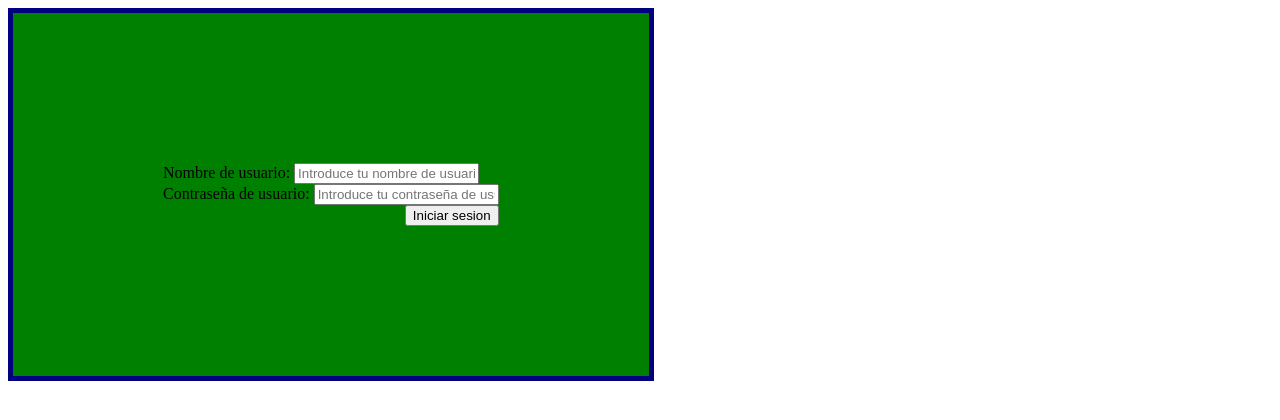
Repository: angegon/Developing-Applications-for-the-Java-EE-Platform
Page: javaee/08_ejemplo_fordward_login/WebContent/login.html
The author's editor kept a copy of each file at every save. The page is drawn from the files as they stood at one save, then again after the next save.
The browser window is 1280 px wide. The pictures show the whole page.

Above is the page before, as saved 2016-12-21 15:59:27.

After the next save:
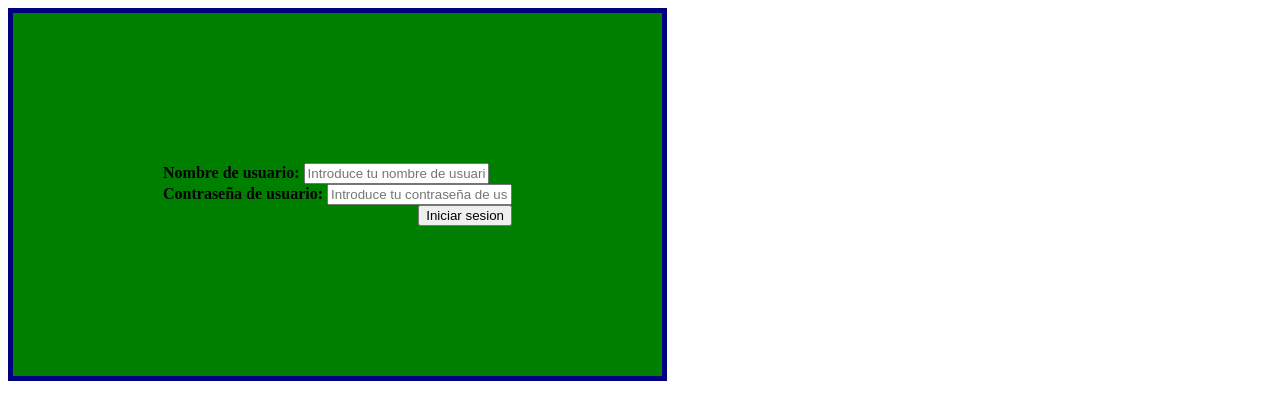
Saved 38 s later.
--- a/javaee/08_ejemplo_fordward_login/WebContent/login.html
+++ b/javaee/08_ejemplo_fordward_login/WebContent/login.html
@@ -8,9 +8,9 @@
 
 <form action="comprobarPassword" method="post">
 <div style="float:left; background-color: green; padding: 150px 150px 150px 150px; border: 5px solid navy">
-	Nombre de usuario: <input type="text" name="usuario" placeholder="Introduce tu nombre de usuario"/>
+	<b>Nombre de usuario:</b> <input type="text" name="usuario" placeholder="Introduce tu nombre de usuario"/>
 	</br>
-	Contraseña de usuario: <input type="password" name="password" placeholder="Introduce tu contraseña de usuario"/>
+	<b>Contraseña de usuario: </b><input type="password" name="password" placeholder="Introduce tu contraseña de usuario"/>
 	</br>
 	<div style="float:right">
 	<input type="submit" value="Iniciar sesion"/>
